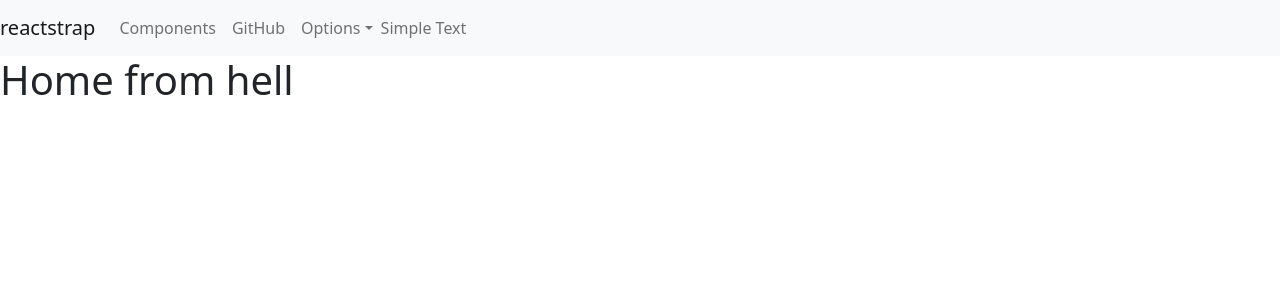
Repository: thf4/React-Front
Page: /
The author's editor kept a copy of each file at every save. The page is drawn from the files as they stood at one save, then again after the next save.
The browser window is 1280 px wide. The pictures show the whole page.
The project was rebuilt for these pictures with package versions that can differ from the ones it lists, and the page was loaded fresh each time. Also part of the build but not shown: src/pages/Vizualizar/index.js, src/pages/Cadastrar/index.js, src/pages/Editar/index.js.

Above is the page before, as saved 2021-05-07 09:03:46.

### src/App.js
import React from "react";
import { BrowserRouter as Router, Switch, Route } from "react-router-dom";
import { Home } from "./pages/Home/";
import { View } from "./pages/Vizualizar/";
import { Cadastrar } from "./pages/Cadastrar/";
import { Editar } from "./pages/Editar/";
import { Menu } from "./components/Menu";
import 'bootstrap/dist/css/bootstrap.min.css';
function App() {
  return (
    <div>
      <Menu />
      <Router>
        <Switch>
          <Route exact path="/" component={Home} />
          <Route path="/view" component={View} />
          <Route path="/cadastrar" component={Cadastrar} />
          <Route path="/editar" component={Editar} />
        </Switch>
      </Router>
    </div>
  );
}

export default App;

### src/pages/Home/index.js
import React from "react"

export const Home = () =>{
  return  (
    <div>
      <h1> Home from hell </h1>
    </div>
  )
}

### src/components/Menu.js
import React, { useState } from "react";
import {
  Collapse,
  Navbar,
  NavbarToggler,
  NavbarBrand,
  Nav,
  NavItem,
  NavLink,
  UncontrolledDropdown,
  DropdownToggle,
  DropdownMenu,
  DropdownItem,
  NavbarText,
  Container,
} from "reactstrap";
export const Menu = (props) => {
  const [isOpen, setIsOpen] = useState(false);

  const toggle = () => setIsOpen(!isOpen);
  return (
    <div>
       <Navbar color="light" light expand="md">
        <NavbarBrand href="/">reactstrap</NavbarBrand>
        <NavbarToggler onClick={toggle} />
        <Collapse isOpen={isOpen} navbar>
          <Nav className="mr-auto" navbar>
            <NavItem>
              <NavLink href="/components/">Components</NavLink>
            </NavItem>
            <NavItem>
              <NavLink href="https://github.com/reactstrap/reactstrap">GitHub</NavLink>
            </NavItem>
            <UncontrolledDropdown nav inNavbar>
              <DropdownToggle nav caret>
                Options
              </DropdownToggle>
              <DropdownMenu right>
                <DropdownItem>
                  Option 1
                </DropdownItem>
                <DropdownItem>
                  Option 2
                </DropdownItem>
                <DropdownItem divider />
                <DropdownItem>
                  Reset
                </DropdownItem>
              </DropdownMenu>
            </UncontrolledDropdown>
          </Nav>
          <NavbarText>Simple Text</NavbarText>
        </Collapse>
      </Navbar>
    </div>
  );
};

Loaded but not shown: public/index.html (common file); src/index.js (common file); src/index.css (common file); src/reportWebVitals.js (common file)

After the next save:
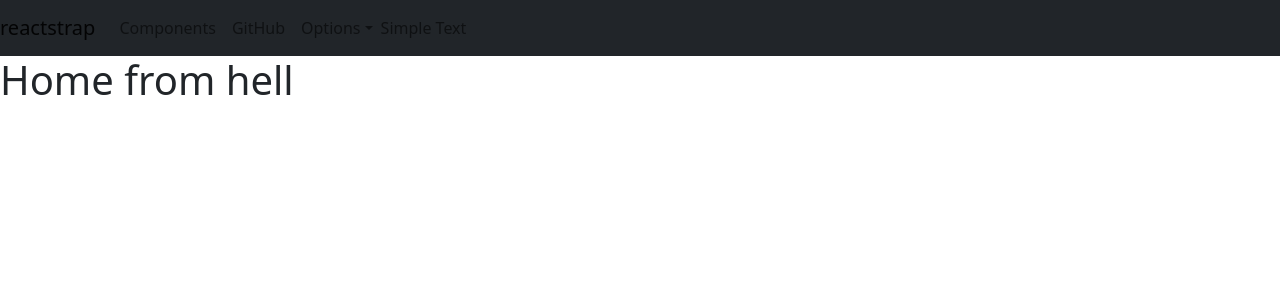
Saved 58 s later.
--- a/src/components/Menu.js
+++ b/src/components/Menu.js
@@ -20,7 +20,7 @@
   const toggle = () => setIsOpen(!isOpen);
   return (
     <div>
-       <Navbar color="light" light expand="md">
+       <Navbar color="dark" light expand="md">
         <NavbarBrand href="/">reactstrap</NavbarBrand>
         <NavbarToggler onClick={toggle} />
         <Collapse isOpen={isOpen} navbar>

After the save that followed:
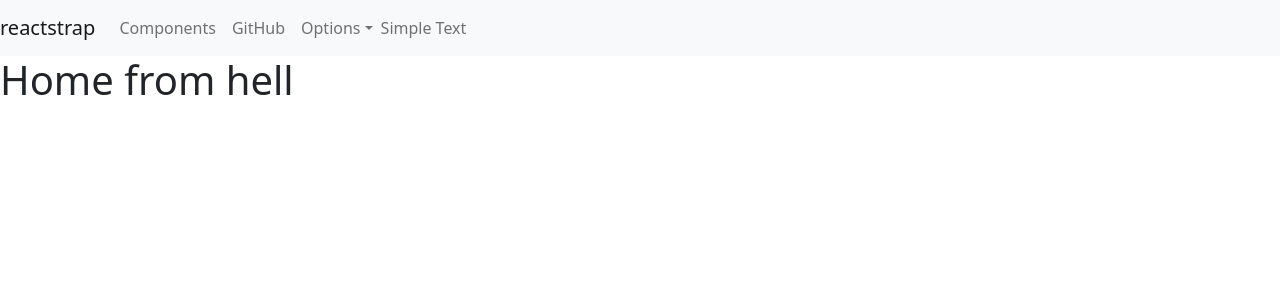
Saved 6 s later.
--- a/src/components/Menu.js
+++ b/src/components/Menu.js
@@ -20,7 +20,7 @@
   const toggle = () => setIsOpen(!isOpen);
   return (
     <div>
-       <Navbar color="dark" light expand="md">
+       <Navbar color="light" light expand="md">
         <NavbarBrand href="/">reactstrap</NavbarBrand>
         <NavbarToggler onClick={toggle} />
         <Collapse isOpen={isOpen} navbar>
